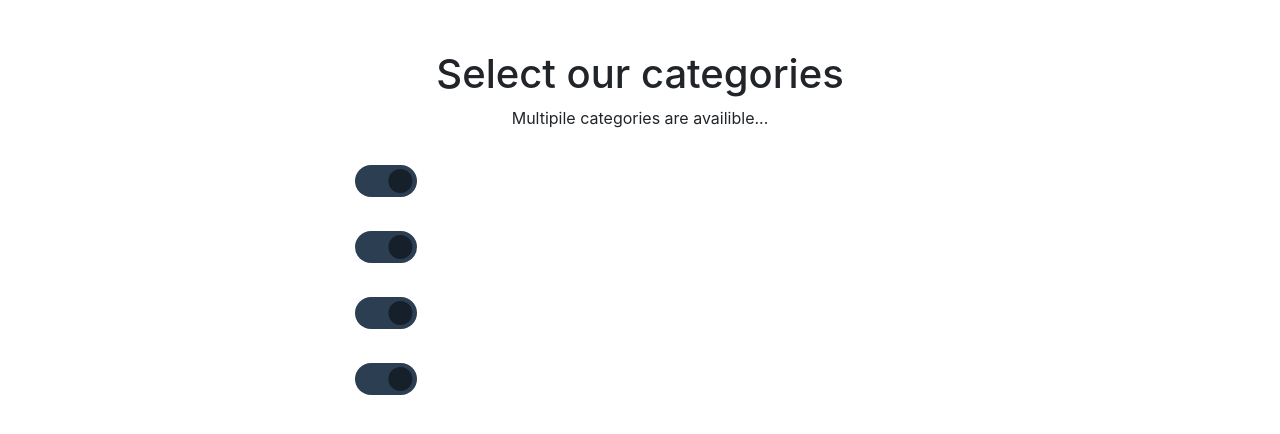
Repository: RafaelAshurov/TruthOrDrink
Page: /chose-your-categories
The author's editor kept a copy of each file at every save. The page is drawn from the files as they stood at one save, then again after the next save.
The browser window is 1280 px wide. The pictures show the whole page.
The project was rebuilt for these pictures with package versions that can differ from the ones it lists, and the page was loaded fresh each time. Also part of the build but not shown: src/components/HelloWorld.vue, src/views/Home.vue, src/views/StartGame.vue.

Above is the page before, as saved 2020-10-09 15:24:33.

After the next save:
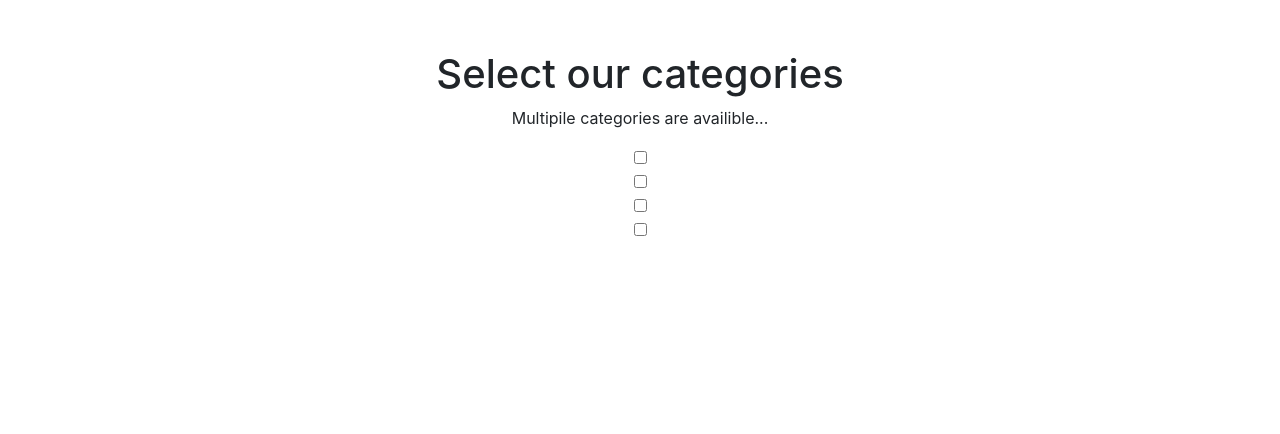
Saved 2 min 57 s later.
--- a/src/views/CategorySelect.vue
+++ b/src/views/CategorySelect.vue
@@ -93,140 +93,4 @@
 };
 </script>
 
-<style lang="scss">
-.transition,
-input[type="radio"]:after,
-input[type="checkbox"][type="radio"]:after,
-input[type="checkbox"]:after {
-    -moz-transition: all 0.25s cubic-bezier(0.75, 0.01, 0.48, 2);
-    -o-transition: all 0.25s cubic-bezier(0.75, 0.01, 0.48, 2);
-    -webkit-transition: all 0.25s cubic-bezier(0.75, 0.01, 0.48, 2);
-    transition: all 0.25s cubic-bezier(0.75, 0.01, 0.48, 2);
-}
-
-.bgTransition,
-input[type="radio"]:before,
-input[type="checkbox"][type="radio"]:before,
-input[type="checkbox"]:before {
-    -moz-transition: all 0.25s ease-in-out;
-    -o-transition: all 0.25s ease-in-out;
-    -webkit-transition: all 0.25s ease-in-out;
-    transition: all 0.25s ease-in-out;
-}
-
-input[type="radio"],
-input[type="checkbox"] {
-    position: relative;
-}
-input[type="radio"]:before,
-input[type="radio"]:after,
-input[type="checkbox"]:before,
-input[type="checkbox"]:after {
-    content: "";
-    position: absolute;
-}
-input[type="radio"]:before,
-input[type="checkbox"]:before {
-    height: 100%;
-}
-input[type="radio"][type="radio"],
-input[type="checkbox"][type="radio"] {
-    border-radius: 30px;
-}
-input[type="radio"][type="radio"]:before,
-input[type="checkbox"][type="radio"]:before {
-    width: 100%;
-    border-radius: 30px;
-    background-color: #2c3f52;
-    box-shadow: 0 0 0 1px #2c3f52;
-}
-input[type="radio"][type="radio"]:after,
-input[type="checkbox"][type="radio"]:after {
-    width: 100%;
-    height: 100%;
-    border-radius: 30px;
-    background-color: #15202a;
-    -moz-transform: scale(0, 0);
-    -ms-transform: scale(0, 0);
-    -webkit-transform: scale(0, 0);
-    transform: scale(0, 0);
-}
-input[type="radio"][type="radio"]:checked:after,
-input[type="checkbox"][type="radio"]:checked:after {
-    -moz-transform: scale(0.75, 0.75);
-    -ms-transform: scale(0.75, 0.75);
-    -webkit-transform: scale(0.75, 0.75);
-    transform: scale(0.75, 0.75);
-}
-input[type="radio"][type="radio"]:checked:before,
-input[type="checkbox"][type="radio"]:checked:before {
-    background-color: #85ff7a;
-    box-shadow: 0 0 0 1px #85ff7a;
-}
-input[type="radio"][type="checkbox"]:before,
-input[type="checkbox"][type="checkbox"]:before {
-    width: 200%;
-    background-color: #2c3f52;
-    box-shadow: 0 0 0 1px #2c3f52;
-    -moz-transform: translate(-25%, 0);
-    -ms-transform: translate(-25%, 0);
-    -webkit-transform: translate(-25%, 0);
-    transform: translate(-25%, 0);
-    border-radius: 30px;
-}
-input[type="radio"][type="checkbox"]:after,
-input[type="checkbox"][type="checkbox"]:after {
-    width: 80%;
-    height: 80%;
-    margin-top: 10%;
-    margin-left: 10%;
-    background-color: #15202a;
-    border-radius: 30px;
-    -moz-transform: translate(60%, 0);
-    -ms-transform: translate(60%, 0);
-    -webkit-transform: translate(60%, 0);
-    transform: translate(60%, 0);
-}
-input[type="radio"][type="checkbox"]:checked:after,
-input[type="checkbox"][type="checkbox"]:checked:after {
-    -moz-transform: translate(-60%, 0);
-    -ms-transform: translate(-60%, 0);
-    -webkit-transform: translate(-60%, 0);
-    transform: translate(-60%, 0);
-}
-input[type="radio"][type="checkbox"]:checked:before,
-input[type="checkbox"][type="checkbox"]:checked:before {
-    background-color: #85ff7a;
-    box-shadow: 0 0 0 1px #85ff7a;
-}
-
-input {
-    display: block;
-    margin: 36px;
-}
-input[type="radio"],
-input[type="checkbox"] {
-    cursor: pointer;
-    width: 30px;
-    height: 30px;
-}
-
-.radio,
-.check {
-    position: absolute;
-    -moz-transform: translate(-50%, -50%);
-    -ms-transform: translate(-50%, -50%);
-    -webkit-transform: translate(-50%, -50%);
-    transform: translate(-50%, -50%);
-    top: 50%;
-    left: 50%;
-}
-
-.radio {
-    margin-left: -36px;
-}
-
-.check {
-    margin-left: 36px;
-}
-</style>
+<style lang="sass"></style>
